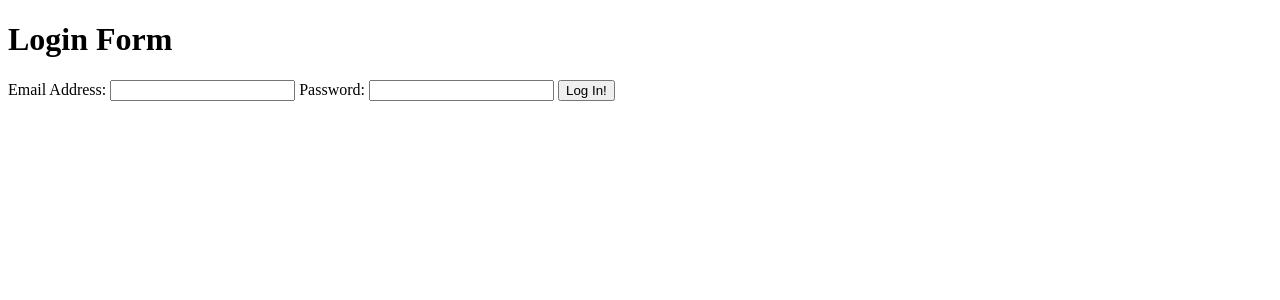
Repository: codieb1997/cosw30
Page: http://localhost/labwork/lab2/login.php
The author's editor kept a record of every edit. The page is drawn from the files as they stood at one moment, then again after the next edit.
The browser window is 1280 px wide. The pictures show the whole page.
The page is run by PHP 8.4 with error messages shown; the project is at /var/www/html/.

Above is the page before.

After the next edit:
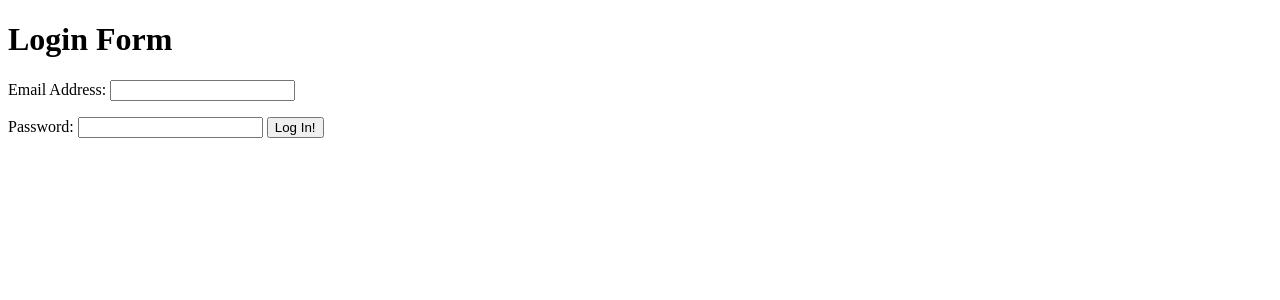
The edit:
--- a/labwork/lab2/login.php
+++ b/labwork/lab2/login.php
@@ -7,8 +7,8 @@
     <body>
         <h1>Login Form</h1>
         <form>
-            <label>Email Address:</label>
-            <input type="email" required>
+            <p><label>Email Address:</label>
+            <input type="email" name="email" required></p>
 
             <label>Password:</label>
             <input type="password" required>
